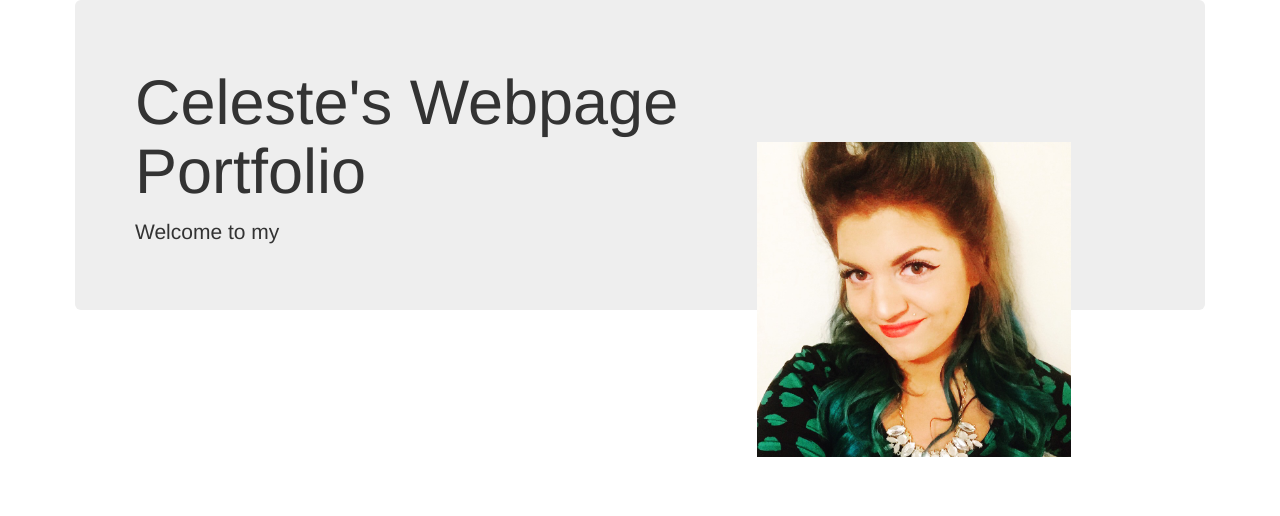
Repository: fieldceleste/portfolio-celeste
Page: portfolio-celeste.html
An editor plug-in stored every save of this project. The page is shown before and after the next save, followed by the edit.
The browser window is 1280 px wide. The pictures show the whole page.

Above is the page before, as saved 2019-11-01 12:15:32.

### portfolio-celeste.html
<!DOCTYPE html>
<html>
  <head>
    <title>Celeste Field's Portfolio</title>
  <link href="css/bootstrap.css" rel="stylesheet" type="text/css">
  <link href="css/styles.css" rel="stylesheet" type="text/css">

 <body>
    <div class="container">
      <div class="jumbotron">
        <h1><img src="img/celeste.jpeg" class="img" alt="photo of celeste field"> Celeste's Webpage Portfolio </h1>
        <p>Welcome to my  </p>


  </body>
</html>

### css/styles.css
img{
float:right;
width: 45%;
height:45%;
padding: 70px;
margin: 4px;
}

Loaded but not shown: css/bootstrap.css (library)

After the next save:
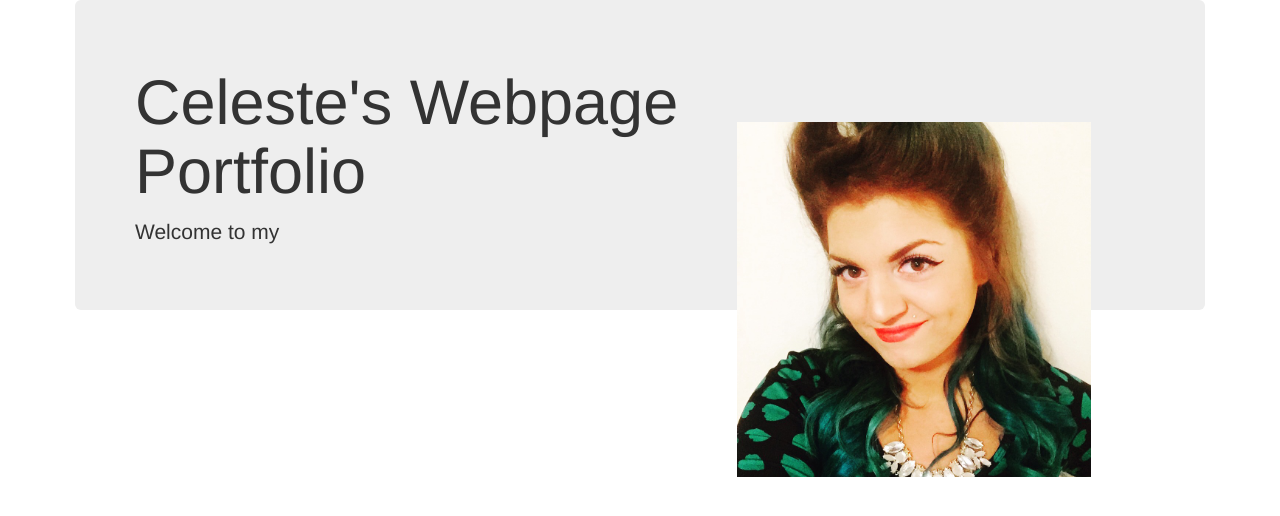
Saved 14 s later.
--- a/css/styles.css
+++ b/css/styles.css
@@ -2,6 +2,6 @@ img{
 float:right;
 width: 45%;
 height:45%;
-padding: 70px;
+padding: 50px;
 margin: 4px;
 }
